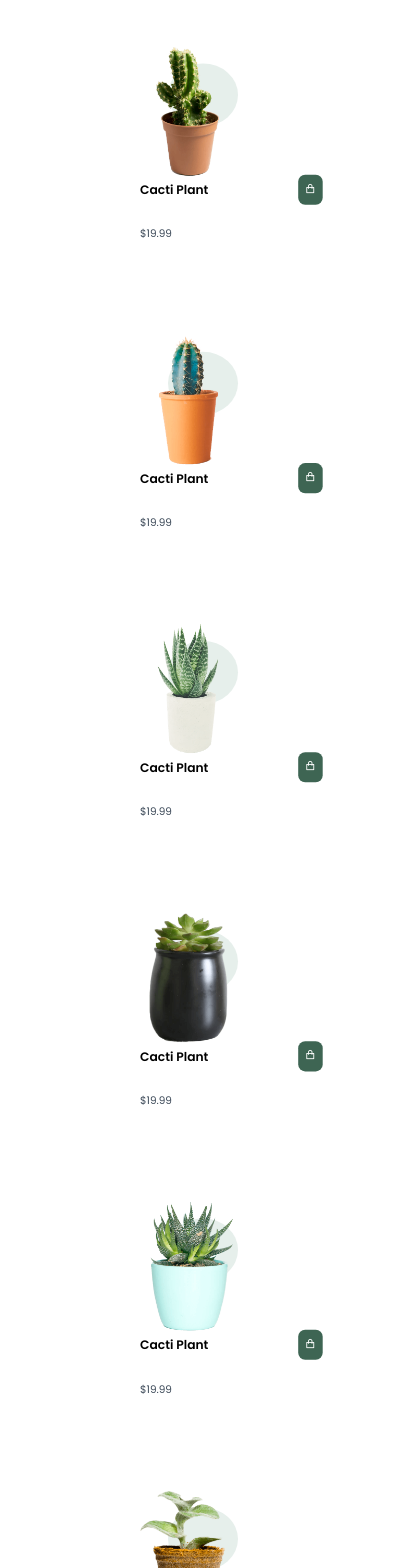
Repository: OmniaRafat232111121/plantwebsite
Page: index.html
These files come from the project's save history. The page is drawn as it stood at one moment and after the next save; the edit follows.
The browser window is 600 px wide. The pictures show the part of the page from y = 3271 to 5511 px (the page is 7858 px tall), at 70% of full size.

Above is the page before, as saved 2023-01-05 17:19:13.

### index.html
<!DOCTYPE html>
<html lang="en">
<head>
    <meta charset="UTF-8">
    <meta http-equiv="X-UA-Compatible" content="IE=edge">
    <meta name="viewport" content="width=device-width, initial-scale=1.0">
    <title>plant-website</title>
      <!--icon web-->
    <link rel="shortcut icon" href="assets/img/favicon.png" type="image/x-icon">
    <!--css style-->
    <link rel="stylesheet" href="./assets/css/styles.css">
    <!--remix icon-->
    <link href="https://cdn.jsdelivr.net/npm/remixicon@2.5.0/fonts/remixicon.css" rel="stylesheet">

</head>
<body>
<!--header-->
<header class="header" id="header">
<div class="container-header">
    <a class="nav_logo">
   <i class="ri-leaf-line nav_logo-icon "></i>Plantex
</a>

<nav class="nav_menu" id="nav_menu">
    <ul class="nav_list" id="nav_list">
        <li class="nav_item" id="nav_item">
                            <a href="#home" class="nav_link active-link">Home</a>
                        </li>
                        <li class="nav__item">
                            <a href="#about" class="nav_link">About</a>
                        </li>
                        <li class="nav__item">
                            <a href="#products" class="nav_link">Products</a>
                        </li>
                        <li class="nav__item">
                            <a href="#faqs" class="nav_link">FAQs</a>
                        </li>
                        <li class="nav__item">
                            <a href="#contact" class="nav_link">Contact Us</a>
                        </li>
                        <li class="mood">
       <i class= "ri-moon-line change-theme" id="theme-button"></i>

    </li>



    </ul>

    <div class="nav-close" id="nav_close">
        <i class="ri-close-line"></i>

    </div>
    <div  class="nav-btns">
   <i class= "ri-moon-line change-theme" id="theme-button"></i>
    <div class="nav-toggle" id="navToggle">
      <i class="ri-menu-line"></i>
    </div>
   </div>
    </div>
</nav>
</div>

</header>


    <!--home start-->
    <section class="home" id="home">
        <div class="home-container">
            <div class="left-content">
                <h1 class="home-title">plants will make <br>
                    your life better</h1>
                <p class="home-des">Create incredible plant design for your offices or apastaments. Add fresness to your new ideas.</p>
              <a>Explore<i class="ri-arrow-right-down-line button__icon"></i></a>
            </div>
            <div class="right-content">
            <img src="./assets/img/home.png" alt=""/>
            <div class=social_icons>
                 <span class="home__social-follow">Follow Us</span>

                        <div class="home__social-links">
                            <a href="https://www.facebook.com/" target="_blank" class="home__social-link">
                                <i class="ri-facebook-fill"></i>
                            </a>
                            <a href="https://www.instagram.com/" target="_blank" class="home__social-link">
                                <i class="ri-instagram-line"></i>
                            </a>
                            <a href="https://twitter.com/" target="_blank" class="home__social-link">
                                <i class="ri-twitter-fill"></i>
                            </a>
                        </div>

            </div>

        </div>

    </section>
 <!--home end-->
 <!--about start-->
 <section class="about" id="about">
    <div class="about-container">
        <div class="left-about">
          <img src="./assets/img/about.png" alt="image-about"/>
        </div>
        <div class="right-about">
            <h2 class="about-title">Who we really are &<br>why choose us</h2>
            <p class="about-desc">We have over 4000+ unbiased reviews and our customers trust our plant process and delivery service every time</p>
             <div class="about-deatails">
                <p class="about-description">
                      <i class="ri-checkbox-fill about__details-icon"></i>
                       We always deliver on time.
                </p>
                 <p class="about-description">
                      <i class="ri-checkbox-fill about__details-icon"></i>
                      We give you guides to protect and care for your plants.
                </p>

                 <p class="about-description">
                      <i class="ri-checkbox-fill about__details-icon"></i>
                      We give you guides to protect and care for your plants.
                </p>

                 <p class="about-description">
                      <i class="ri-checkbox-fill about__details-icon"></i>
                       We always deliver on time.
                </p>


             </div>
              <a href="#" class="button-link">
                            Shop Now <i class="ri-arrow-right-down-line button__icon"></i>
                        </a>
        </div>

    </div>

 </section>

 <!--about end-->
 <!--steps start-->
 <section class="steps">
    <div class="steps-container">
        <h2>Steps to start your<br>
            plants off right</h2>
            <div class="about-boxes">
                <div class="box">
                <span>01</span>
                <h3>Choose Plant</h3>
                <p>
                    We have several varieties
                    <br>plants you can choose from.
                </p>
                </div>
                  <div class="box">
                <span>02</span>
                <h3>Place an order</h3>
                <p>
                   Once your order is set, we<br>
                    move to the next step which<br>
                     is the shipping.
                </p>
                </div>

                 <div class="box">
                <span>03</span>
                <h3>Get plants delivered</h3>
                <p>
                   Our delivery process is easy,
                   <br> you receive the plant direct
                   <br>to your door.


                </p>
                </div>
            </div>

    </div>

 </section>
  <!--steps start-->
  <!--products start-->
  <section class="products" id="products">
    <div class="product-container">
        <div class="products-content">
        <h2>Check out our
            <br>products</h2>
            <p>Here are some selected plants from our showroom, all are in excellent shape and has a long life span. Buy and enjoy best quality.</p>
        </div>
        <div class="products-boxes">
            <div class="box">
                 <div class="product__circle"></div>
                <img src="./assets/img/product1.png" alt=""/>
                <h3>Cacti Plant</h3>
                <div>
                    <span>$19.99</span>
                     <button class="product_Button">
                            <i class="ri-shopping-bag-line"></i>
                        </button>
                </div>

            </div>
             <div class="box">
                 <div class="product__circle"></div>
                <img src="./assets/img/product2.png" alt=""/>
                <h3>Cacti Plant</h3>
                <div>
                    <span>$19.99</span>
                     <button class="product_Button">
                            <i class="ri-shopping-bag-line"></i>
                        </button>
                </div>

            </div>
             <div class="box">
                 <div class="product__circle"></div>
                <img src="./assets/img/product3.png" alt=""/>
                <h3>Cacti Plant</h3>
                <div>
                    <span>$19.99</span>
                     <button class="product_Button">
                            <i class="ri-shopping-bag-line"></i>
                        </button>
                </div>

            </div>
             <div class="box">
                 <div class="product__circle"></div>
                <img src="./assets/img/product4.png" alt=""/>
                <h3>Cacti Plant</h3>
                <div>
                    <span>$19.99</span>
                     <button class="product_Button">
                            <i class="ri-shopping-bag-line"></i>
                        </button>
                </div>

            </div>
             <div class="box">
                 <div class="product__circle"></div>
                <img src="./assets/img/product5.png" alt=""/>
                <h3>Cacti Plant</h3>
                <div>
                    <span>$19.99</span>
                     <button class="product_Button">
                            <i class="ri-shopping-bag-line"></i>
                        </button>
                </div>

            </div>
             <div class="box">
                 <div class="product__circle"></div>
                <img src="./assets/img/product6.png" alt=""/>
                <h3>Cacti Plant</h3>
                <div>
                    <span>$19.99</span>
                     <button class="product_Button">
                            <i class="ri-shopping-bag-line"></i>
                        </button>
                </div>

            </div>

        </div>

    </div>

  </section>
   <!--products end-->
   <!--question start-->
   <section class="question" id="faqs">
    <div class="title">
      <h2>Some common questions<br>
were often asked</h2>
    </div>
  <div class="section-question">


     <!--article one-->
      <article class="question">
        <div class="question-title">
         <p>My flowers are falling off or dying?</p>
         <button type="button" class="question-btn">
          <span class="plus-icon"><i class="ri-add-line"></i></span>
        <span class="minus-icon"><i class="ri-close-line"></i></span>
         </button>

        </div>
         <div class="question-text">
              <p>
               Plants are easy way to add color energy and transform your space but which planet is for you. Choosing the right plant.
              </p>
            </div>

    </article>
     <!--article two-->
      <article class="question">
        <div class="question-title">
         <p>What causes leaves to become pale?</p>
         <button type="button" class="question-btn">
          <span class="plus-icon"><i class="ri-add-line"></i></span>
        <span class="minus-icon"><i class="ri-close-line"></i></span>
         </button>

        </div>
         <div class="question-text">
              <p>
               Plants are easy way to add color energy and transform your space but which planet is for you. Choosing the right plant.
              </p>
            </div>

    </article>
    <!--article three-->
      <article class="question">
        <div class="question-title">
         <p>What causes brown crispy leaves?</p>
         <button type="button" class="question-btn">
          <span class="plus-icon"><i class="ri-add-line"></i></span>
        <span class="minus-icon"><i class="ri-close-line"></i></span>
         </button>

        </div>
         <div class="question-text">
              <p>
           Plants are easy way to add color energy and transform your space but which planet is for you. Choosing the right plant.
              </p>
            </div>

    </article>



  </div>

  </section>
 <!--question end-->
 <!--contact start-->
 <section class="contact" id="contact">
    <div class="contact-container">
        <div class="right-contact">
         <h3 class="contact-title">Reach out to us today<br>
          via any of the given<br>
          information</h3>
          <div class="call-contact">
            <p>Call us for instant support</p>
            <span>
            <i class="ri-phone-line"></i>
                +999 888 777
            </span>

          </div>
           <div class="mail-contact">
            <p>Write us by mail</p>
            <span>
            <i class="ri-mail-line"></i>
               user@email.com
            </span>

          </div>
        </div>
        <div class="left-contact">
        <form action="mailto:omniarafat2321@gmail.com" class="contact_form">
            <div class="inputs-contact">
             <div class="contact_content">
            <input   type="email" placeholder="Enter your Email">


                 </div>
                 <div class="contact_content">
            <input type="text" placeholder="Enter your subject ">

                 </div>
                 <div class="contact_content">
                    <textarea name="message" placeholder="Message "></textarea>

                            </div>

            </div>
                <button>
                Send Message
                <i class="ri-arrow-right-up-line button__icon"></i>
             </button>
        </form>
        </div>

    </div>

 </section>
  <!--contact end-->
<!--footer-start-->
  <section class="footer">
<div class="footer-container">
<div class="box">
    <h3>
           <i class="ri-leaf-line nav_logo-icon "></i>Plantex
    </h3>
    <h4>Subscribe to our newsletter<br>
to stay update</h4>
<a>
    <input type="email" placeholder="Email"/>
<button>
   Subscripe
</button>
</a>

</div>
<div class="box">
<h3>our Address</h3>
<span>123-peru</span>
<span>123-England</span>
<span>342-german</span>
</div>
<div class="box">
<h3>contact us</h3>
<span>+8833872882</span>
<div class="social">
     <a href="https://www.facebook.com/" target="_blank" class="home__social-link">
                                <i class="ri-facebook-fill"></i>
                            </a>
                            <a href="https://www.instagram.com/" target="_blank" class="home__social-link">
                                <i class="ri-instagram-line"></i>
                            </a>
                            <a href="https://twitter.com/" target="_blank" class="home__social-link">
                                <i class="ri-twitter-fill"></i>
                            </a>

</div>
</div>
<div class="box">
    <h3>We accept all credit cards</h3>
 <div class="box-images">
<img src="./assets/img/card1.png"/>
<img src="./assets/img/card2.png"/>
<img src="./assets/img/card3.png"/>
<img src="./assets/img/card4.png"/>
 </div>

</div>
</div>
  </section>
  <!--footer-end-->
 <!--scroll reveal-->
<script src="assets/js/scrollreveal.min.js"></script>
  <!--contact end-->
   <script src="./assets/js/main.js"></script>
</body>
</html>

### assets/css/styles.css
/*=============== GOOGLE FONTS ===============*/
@import url('https://fonts.googleapis.com/css2?family=Poppins:wght@400;500;600;700&display=swap');

/*=============== VARIABLES CSS ===============*/
:root {
  --header-height: 3.5rem; /*56px*/

  /*========== Colors ==========*/
  /*Color mode HSL(hue, saturation, lightness)*/
  --black:#000;
  --green:#3e655e;
  --bold-green:#032922;


  /*========== Font and typography ==========*/
  /*.5rem = 8px | 1rem = 16px ...*/
  --body-font: 'Poppins', sans-serif;
  --big-font-size: 2rem;
  --h1-font-size: 1.5rem;
  --h2-font-size: 1.25rem;
  --h3-font-size: 1rem;
  --normal-font-size: .938rem;
  --small-font-size: .813rem;
  --smaller-font-size: .75rem;

  /*========== Font weight ==========*/
  --font-medium: 500;
  --font-semi-bold: 600;

  /*========== Margenes Bottom ==========*/
  /*.5rem = 8px | 1rem = 16px ...*/
  --mb-0-5: .5rem;
  --mb-0-75: .75rem;
  --mb-1: 1rem;
  --mb-1-5: 1.5rem;
  --mb-2: 2rem;
  --mb-2-5: 2.5rem;

  /*========== z index ==========*/
  --z-tooltip: 10;
  --z-fixed: 100;
}



/*=============== BASE ===============*/
*{
  box-sizing: border-box;
  padding: 0;
  margin: 0;
}

html{
  scroll-behavior: smooth;
}

body,
button,
input,
textarea{
  font-family: var(--body-font);
  font-size: var(--normal-font-size);
}

body{
  margin: var(--header-height) 0 0 0;
  background-color: var(--body-color);
  color: var(--text-color);
  transition: .4s; /*For animation dark mode*/
}

button{
   cursor: pointer;
  border: none;
  outline: none;
}

h1,h2,h3{
  color: var(--title-color);
  font-weight: var(--font-semi-bold);
}

ul{
  list-style: none;
}

a{
  text-decoration: none;
}

img{
  max-width: 100%;
  height: auto;
}
/*========== resuable component ==========*/

::-webkit-scrollbar {
  width: 7px;
 }

::-webkit-scrollbar-track {
  border: 7px solid #fff;
  box-shadow: inset 0 0 2.5px 2px rgba(0, 0, 0, 0.5);
  border-radius: 1rem;
  }

::-webkit-scrollbar-thumb {
  background: linear-gradient(90deg, #3e655e, #3d4a59);
  border-radius: 1rem;
}

::-webkit-scrollbar-thumb:hover {
  background: linear-gradient(270deg, #032922, #3d4a59);
}


/*========Header========*/
 header{
  background-color: #fff;
  position: fixed;
  top:0;
  left:0;
  width:100%;
  z-index:1000;
  transition: 0.3s;
}
.container-header{
  display:flex;
  align-items: center;
  justify-content: space-between;
  height:var(--header-height);
  padding:40px;
}
.nav_menu{

}
.nav_logo{
  text-transform: uppercase;
  display:inline-flex;
  align-items: center;
  column-gap: 10px;
  font-weight: bold;
  margin-left: 50px;
  cursor: pointer;
}
.nav_logo:hover{
  color:var(--green);
}
.nav_logo-icon{
   color:var(--green);
}
.nav_logo i:hover{
  color:var(--black);
}
nav ul li {
  display: inline-block;
  cursor: pointer;
  margin-left: 40px;
}
nav ul li a{
  color:var(--black);


}
.nav-btns{
  display: none;
}
.mood{
  margin-left: 40px;
  font-size: 20px;

}

.nav-close
{

  font-size: 1.5rem;
  position: relative;
  top: 70px;
  right: 1.25rem;
  cursor: pointer;
  display: none;


}

.nav-btns{
  font-size: 20px;
  cursor: pointer;
}
.active-link{
  position: relative;
  color: var(--black);
}
.active-link::after{
  content: '';
  position: absolute;
  bottom: -8px;
  left: 0;
  width: 50%;
  height: 2px;
  background-color: var(--green);
}
.nav_link:hover{
 color: var(--green);
 transition: 0.3s;
}
@media screen and (max-width: 767px){
.nav_list{
display: none;
}
.nav_logo{
  margin-left: -10px;
}

.nav-btns{
  display:inline-flex;
  align-items: center;
  column-gap: 20px;
  font-weight: bold;
  margin-right: -10px;
  cursor: pointer;
}

  .show-menu{

     position: fixed;
    background-color:#fff;
    width: 100%;
    height: 50%;
    top: 80px;
    right: 0px;
    transition: .3s;
    z-index: 1000;
    display:grid;
    justify-content: center;
    text-align: center;

 padding: 10px;




  }
  .show-menu {

  }
  .show-menu .mood .ri-moon-line{
    display: none;
  }




}

/*=====home======*/
.home{
  padding: 0 80px;
  position:relative;

}
.home-container{
display:grid;
grid-template-columns: repeat(auto-fit, minmax(250px, 1fr));
grid-gap:30px;
margin-top: 70px;

}
.home-container .left-content{
  margin-top: 70px;
}
.home-container .left-content .home-title{
  font-size: 30px;
}
.home-container .left-content .home-des{
  color:rgb(145, 145, 145);
  margin-top: 20px;
  margin-bottom: 30px;
}
.home-container .left-content a{
  background-color: var(--bold-green);
  color:#fff;
  padding:20px 30px;
  border-radius: 15px;

}
.home-container .left-content  i{
  margin-left: 10px;
}
.right-content img{
  max-width: 100%;
  width:85%;
  justify-self: center;
}

.social_icons{
  position: absolute;
  top: 220px;
  right: 50px;
  display: grid;
  justify-items: center;
  row-gap: 3.5rem;

}
.home__social-links {
  margin-top: 30px;

}
.home__social-links a{
 color:var(--green);
}
.home__social-links a:hover{
color:var(--black);
}
.home__social-follow{
  position:relative;
  transform: rotate(90deg);
}
.home__social-follow::before{
content: '';
  position: absolute;
  width: 30px;
  height: 2px;
  background-color: var(--green);
  right: -45%;
  top: 50%;
}
.home__social-follow::after{
content: '';
  position: absolute;
  width: 30px;
  height: 2px;
  background-color: var(--green);
  left: -45%;
  bottom: 50%;
}
.home__social-links{
    transform: rotate(90deg);
}
.left-content a:hover{
  background-color:#032922;
  color: #fff;
  cursor: pointer;

}
@media(max-width:767px){
.social_icons{
  position: absolute;
  top: 220px;
  right: 10px;
  display: grid;
  justify-items: center;
  row-gap: 3.5rem;

}
}
/*======about=======*/
.about{
  position: relative;
  padding:60px 100px;
}
.about-container{
  display:grid;
grid-template-columns: repeat(auto-fit, minmax(300px, 1fr));
grid-gap:20px;

}
.about-container .left-about img{
  max-width: 100%;
  width:70%;
}
.about-container .right-about .about-title{
  font-size: 30px;
  margin-bottom: 30px;

}
.about-container .right-about .about-desc{
  margin-bottom:20px;

}
.about-container .right-about .about-deatails .about-description{
  padding-bottom: 20px;
}
.about-container .button-link{
  color:var(--green);

}
.about-container .button-link{
  display:inline-flex;
  align-items: center;
  column-gap: 10px;

 color:var(--green);
  cursor: pointer;
}
.about-container .button-link:hover i{

color: var(--bold-green);

}
@media(max-width:767px){
  .right-about.about-title h2{
    font-size: 10px;

  }
  .right-about{
    font-size: 16px;
    padding:10px;

  }
  .about-container{
    margin-top: 30px;
  }
}
/*=======change-header========*/
.change-header{
  background-color: #3e655e;
  color:#fff;
}
.change-header .nav_logo i{
  color:#fff;
}
.change-header .nav_logo:hover{
  color:var(--bold-green);
}
.change-header .nav_link:hover{
  color:#fff;
}
/*======steps=======*/

.steps{
  position:relative;
  padding:60px;

}
.steps-container{
  width:100%;
 padding:20px 50px;
  background-color: #3e6553;
  border-radius: 15px;
  height:500px;
}
.steps-container h2{
  text-align: center;
  padding-top: 40px;
  color:#fff;
}
.about-boxes{
  display:grid;
grid-template-columns: repeat(auto-fit, minmax(350px, 1fr));
grid-gap:10px;
margin-top: 40px;

}
.about-boxes .box{
background-color: #fff;
   padding: 40px 40px;
   border-radius: 20px;

}
.about-boxes .box span{
  background-color: #3e6553 ;
  padding:20px;
  color:#fff;
  margin-bottom: 40px;
  border-radius: 10px;
  cursor: pointer;
  transition: 0.3s;


}

.box .social {
  display:block;
}
.box .social i{
  margin-left: 5px;
   color:#3d4a59;
}
.box .social :hover i{
  color:#3e6553;
}

.about-boxes .box span:hover{
  color:#fff;
  background-color: #032922;


}
.about-boxes .box h3{
  margin-top: 30px;
}
/* .about-boxes .box:last-child{
  margin-right: 10px;
} */
@media(max-width:767px){

.steps-container{
  width:100%;
 padding:50px;
  background-color: #3e6553;
  border-radius: 15px;
  height:1100px;
}
.about-boxes{
  display:grid;
grid-template-columns: repeat(auto-fit, minmax(200px, 1fr));
grid-gap:20px;
margin-top: 40px;

}
.about-boxes .box{

   padding: 30px;


}

}
/*======products======*/
.products{
  padding:50px 260px;
  position:relative;
  display: grid;
  justify-content: center;
}
.products .products-content h2{
  text-align: center;
}
.products .products-content p{
  text-align: center;
  width:100%;

}
.products-boxes{
   display:grid;
grid-template-columns: repeat(auto-fit, minmax(200px, 1fr));
grid-gap:10px;
margin-top: 40px;
}
 .products-boxes .box img{
  max-width: 100%;
   position: relative;
  width: 70%;
  justify-self: center;
  transition: .3s;
}

.products-boxes.box{
  position:relative;

}
.box div{
  display:inline-flex;
  align-items: center;
  column-gap: 80px;
  margin-top: 20px;
  position: relative;
}
.box .product_Button{
  background-color:#3e6553;
  padding:10px;
  border-radius: 10px;
  color:#fff;
  font-size: 15px;
}
.product__circle{
  width: 100px;
  height: 90px;
  background-color: #e6efeb;
  border-radius: 50%;
  position: absolute;
  top: 30%;
  left: 20%;
}
/*==========question========*/

.question {
  background: #e6efeb;
  border-radius: 10px;
  padding: 20px 30px;
  margin-bottom: 2rem;
}
.section-question .question{
  background-color: #032922;
  margin-top: 20px;
}
.question-title {
  display: flex;
  justify-content: space-between;
  align-items: center;
  text-transform: capitalize;
  padding-bottom: 1rem;
}
.question .title h2{
   color: #032922;
  text-align: center;
}
.question-title p {
  margin-bottom: 0;
  letter-spacing: 1.2;
  color: #fff;
}
.question button{
    font-size: 15px;
    border-radius: 10px;
  background-color: var(--green);
  cursor: pointer;
  color: #fff;
  transition: 0.3s;
  padding:10px;
}
.question button:hover {
  transform: rotate(90deg);
}

.question-title{
  display:flex;
  align-items: center;
  justify-content: space-between;
}
.question-text {
  padding: 1rem 0 1.5rem 0;
  border-top: 1px solid #ffff;
}
.question-text p {
  margin-bottom: 0;
  color:#fff;
}

/* hide text */
.question-text {
  display: none;
}
.show-text .question-text {
  display: block;
}
.minus-icon {
  display: none;
}
.show-text .minus-icon {
  display: block;
}
.show-text .plus-icon {
  display: none;
}
/*=============== Contact ===============*/
.contact{
  position:relative;
  padding:50px 100px;
}
.contact-container{
display:grid;
grid-template-columns: repeat(auto-fit, minmax(300px, 1fr));
grid-gap:10px;
margin-top: 40px;
}
.contact h3{
  font-size: 30px;
  margin-bottom: 20px;
}
.call-contact p{
  font-size: 18px;
  color:rgb(146, 145, 145);
}
.call-contact span{
  margin-top: 10px;
  display:inline-flex;
  column-gap: 10px;
  align-items:center;
}
.call-contact span i{
  font-size: 22px;
}
.mail-contact{
  margin-top: 30px;
}
.mail-contact p{
   font-size: 18px;
  color:rgb(146, 145, 145);
}
.mail-contact span{
  margin-top: 10px;
  display:inline-flex;
  column-gap: 10px;
  align-items:center;
}
.mail-contact span i{
   font-size: 22px;
}

.contact_content input{
  width:100%;
   height: 4rem;
  margin-top: 20px;
border:none;

outline: none;


}
.contact_content{
  border-bottom:1px solid rgb(151, 149, 149);
}

.contact_content textarea{
   width:100%;
   resize: none;
   margin-top: 20px;
    height: 7rem;
    border:none;
outline: none;
}
.left-contact button{
  background-color: #3e6553;
  padding:15px;
  border-radius: 10px;
  margin-top:10px;
  color:#fff;

}

.left-contact button:hover {
color: #3e6553;

  background-color:#000;
}
/*footer*/
.footer{
  position:relative;
padding:50px 100px;

}
.footer-container{
  display:grid;
grid-template-columns: repeat(auto-fit, minmax(200px, 1fr));
grid-gap:10px;
margin-top: 40px;
}
.box h4{
  margin-top: 30px;
  font-size: 16px;
}
.box input{
  margin-top: 30px;
  position: relative;
  height:70px;
  width: 100%;
  background-color: #e6efeb;
  border:none;
  outline:none;
  border-radius: 10px;
  padding:15px;
}
.box button{
  position:relative;
  top:-60px;
  margin-top: 5px;
  right:-140px;
  background-color: #032922;
  padding:10px;
  color:#fff;
  border-radius: 10px;
}
.box button i{
  display:inline-flex;
  column-gap: 10px;

}
.box span{
  color:#3d4a59;
  display:block;
  margin-top: 10px;
}
.box-images{
  display: block;
  margin-left: 40px;
}
.box-images img{
  margin-left: -40px;
  width: 40px;
  max-width: 100%;

}

@media(max-width:767px){
  .box button{
    position:relative;
    left:100px;
  }
}

Loaded but not shown: assets/js/scrollreveal.min.js (library); assets/js/main.js (35 lines, source omitted)

After the next save:
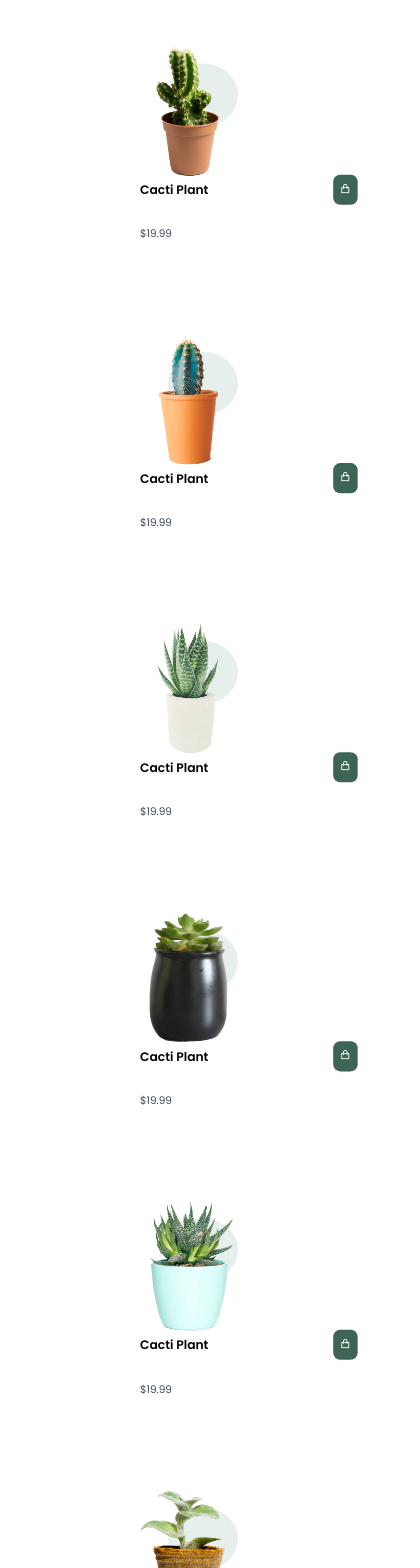
Saved 5 s later.
--- a/assets/css/styles.css
+++ b/assets/css/styles.css
@@ -787,6 +787,6 @@ margin-top: 40px;
 @media(max-width:767px){
   .box button{
     position:relative;
-    left:100px;
+    left:150px;
   }
 }
